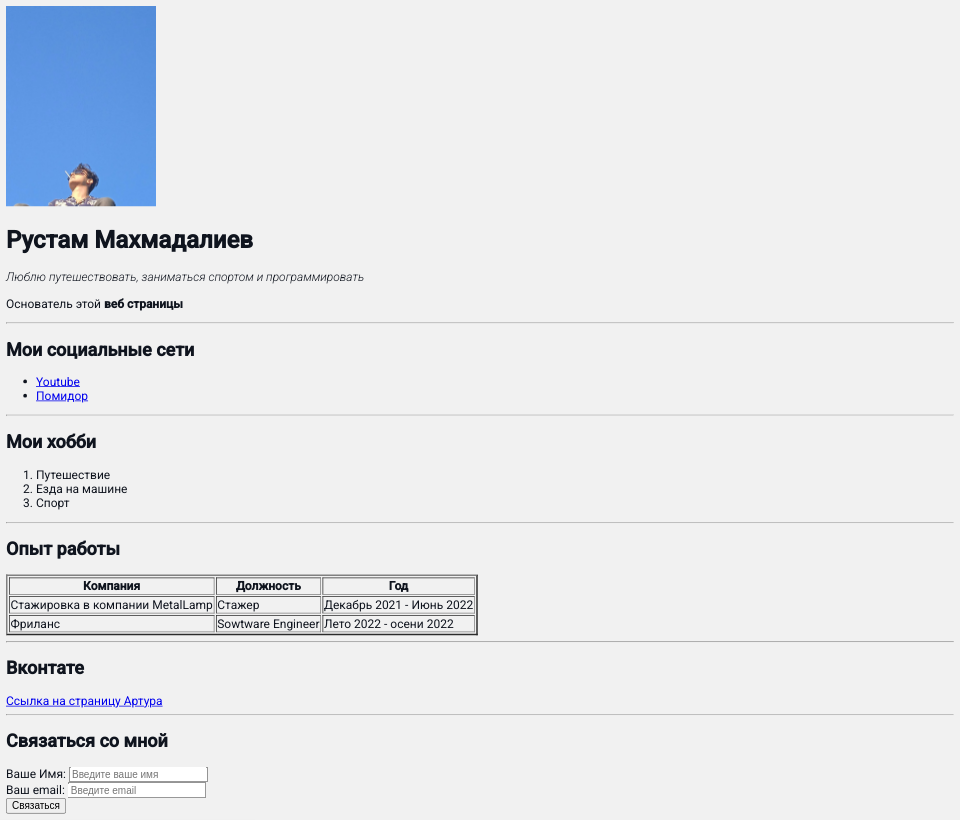
Repository: RustamMakh/html
Page: index.html
The author's editor kept a copy of each file at every save. The page is drawn from the files as they stood at one save, then again after the next save.
The browser window is 1280 px wide. The pictures show the whole page, at 75% of full size.

Above is the page before, as saved 2022-06-13 21:09:25.

### index.html
<!DOCTYPE html>
<html lang="ru">
<head>
    <meta charset="UTF-8">
    <meta http-equiv="X-UA-Compatible" content="IE=edge">
    <meta name="viewport" content="width=device-width, initial-scale=1.0">
    <title>Rustam resume</title>
    <link rel="stylesheet" href="styles.css">
</head>
 <body>
  <img class="avatar" src="avatar.jpg" alt="Тут моя фотка" width="200">
  <h1>Рустам Махмадалиев</h1>
  <p><em>Люблю путешествовать, заниматься спортом и программировать</em></p>
  <p>Основатель этой <strong>веб страницы</strong></p>
  <hr>

  <h2>Мои социальные сети</h2>
  <ul>
      <li> <a href="https://www.youtube.com/watch?v=DOEtVdkKwcU" target="_blank">Youtube </a></li>
      <li> <a href="https://bakunin.com/pomidor/" target="_blank">Помидор </a></li>
    </ul>
    <hr>

  <h2>Мои хобби</h2>
  <ol>
      <li>Путешествие</li>
      <li>Езда на машине</li>
      <li>Спорт</li>
  </ol>
  <hr>

  <h2>Опыт работы</h2>
  <table border="2">
    <tr>
      <th>Компания</th>
      <th>Должность</th>
      <th>Год</th>
    </tr>
    <tr>
      <td>Стажировка в компании MetalLamp</td>
      <td>Стажер</td>
      <td>Декабрь 2021 - Июнь 2022</td>
    </tr>
    <tr>
      <td>Фриланс</td>
      <td>Sowtware Engineer</td>
      <td>Лето 2022 - осени 2022</td>
    </tr>
  </table>
  <hr>

  <h2>Вконтате</h3>
  <a href="Вконтакте.html">Ссылка на страницу Артура</a>
  <hr>

  <h2>Связаться со мной</h2>
  <form action="/"
  <label for="name">Ваше Имя:</label>
  <input type="text" id="name" placeholder="Введите ваше имя">
<br>
  <label for="email">Ваш email:</label>
  <input type="email" id="email" placeholder="Введите email">
<br>
  <input type="submit" value="Связаться">
</body>
</html>

### styles.css
@import url('https://fonts.googleapis.com/css2?family=Roboto:ital,wght@0,300;0,400;0,500;1,300&display=swap');

body{
    background-color: #f1f1f1;
    color: #0f141e;
    font-size: 16px;
    font-weight: normal;
    font-family: 'Roboto', sans-serif;
}

After the next save:
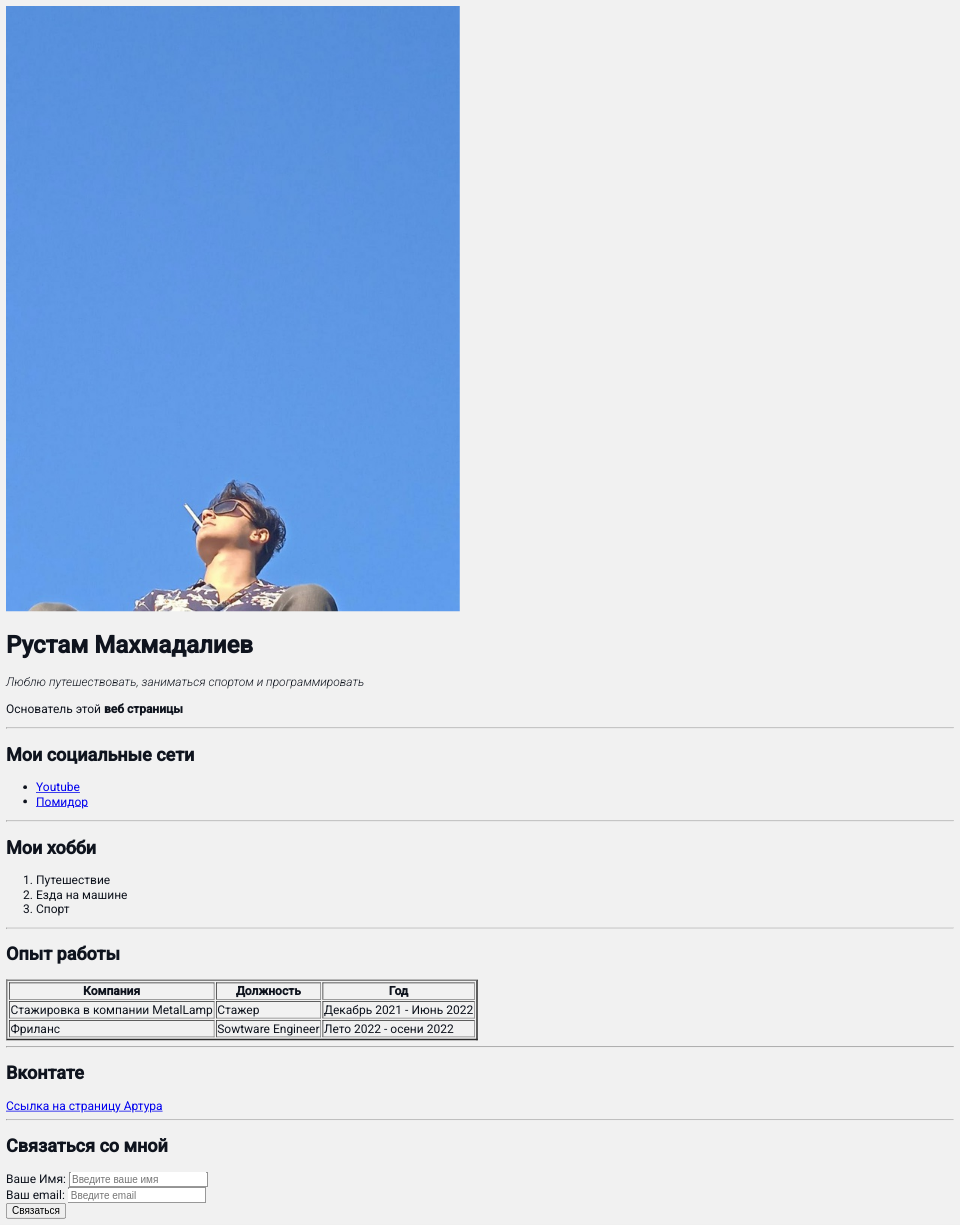
Saved 31 s later.
--- a/index.html
+++ b/index.html
@@ -8,7 +8,7 @@
     <link rel="stylesheet" href="styles.css">
 </head>
  <body>
-  <img class="avatar" src="avatar.jpg" alt="Тут моя фотка" width="200">
+  <img class="avatar" src="avatar.jpg" alt="Тут моя фотка">
   <h1>Рустам Махмадалиев</h1>
   <p><em>Люблю путешествовать, заниматься спортом и программировать</em></p>
   <p>Основатель этой <strong>веб страницы</strong></p>

After the 3 saves that followed:
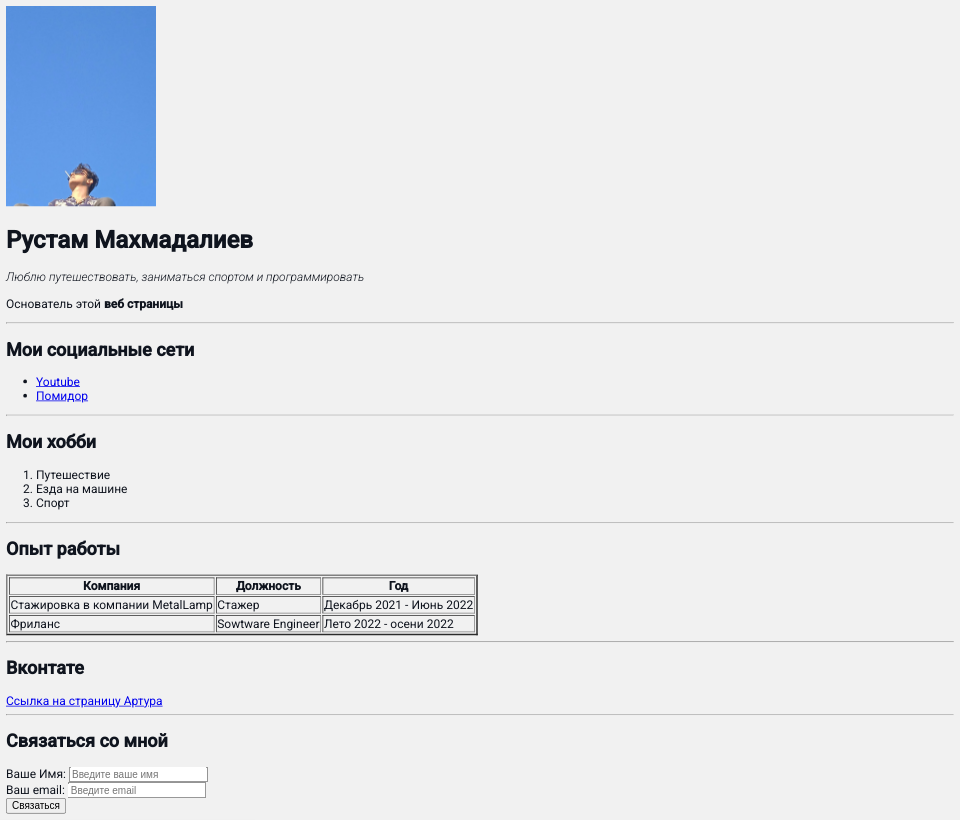
The 3 saves are shown as one change because 2 left the picture as it was.
The last was saved 36 s later.
--- a/styles.css
+++ b/styles.css
@@ -7,3 +7,6 @@ body{
     font-weight: normal;
     font-family: 'Roboto', sans-serif;
 }
+.avatar {
+    width: 200px;
+}
